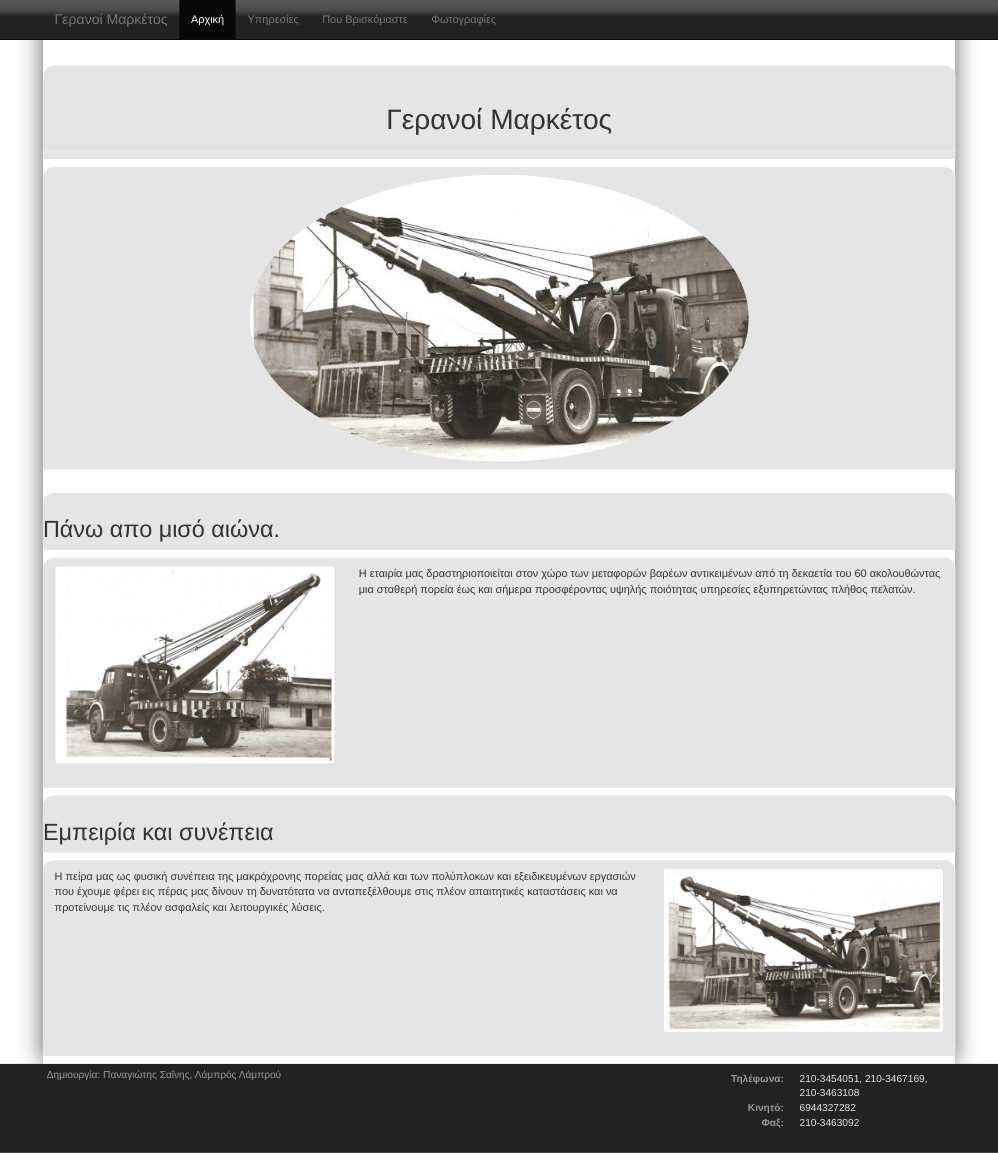
Repository: gadget69/marketos
Page: index.html
The author's editor kept a record of every edit. The page is drawn from the files as they stood at one moment, then again after the next edit.
The browser window is 1280 px wide. The pictures show the whole page, at 78% of full size.
Some web libraries are served in a nearby version.

Above is the page before.

### index.html
<!DOCTYPE html>
<html lang="en">

<head>
    <meta charset="utf-8">
    <meta http-equiv="X-UA-Compatible" content="IE=edge">
    <meta name="viewport" content="width=device-width, initial-scale=1">
    <meta name="description" content="">
    <meta name="author" content="">
    <link rel="icon" href="../../favicon.ico">

    <title>Γερανοί Μαρκέτος</title>

    <link href="./bootstrap/css/bootstrap.min.css" rel="stylesheet">
    <link href="./style.css" rel="stylesheet">

    <!-- HTML5 shim and Respond.js IE8 support of HTML5 elements and media queries -->
    <!--[if lt IE 9]>
      <script src="https://oss.maxcdn.com/html5shiv/3.7.2/html5shiv.min.js"></script>
      <script src="https://oss.maxcdn.com/respond/1.4.2/respond.min.js"></script>
    <![endif]-->
</head>

<body>

    <div class="navbar navbar-inverse navbar-fixed-top" id="header" role="navigation">
        <div class="container">
            <div class="navbar-header">
                <button type="button" class="navbar-toggle" data-toggle="collapse" data-target=".navbar-collapse">
                    <span class="sr-only">Toggle navigation</span>
                    <span class="icon-bar"></span>
                    <span class="icon-bar"></span>
                    <span class="icon-bar"></span>
                </button>
                <a class="navbar-brand" href="#">Γερανοί Μαρκέτος</a>
            </div>
            <div class="collapse navbar-collapse">
                <ul class="nav navbar-nav">
                    <li class="active"><a href="#">Αρχική</a>
                    </li>
                    <li><a href="#about">Υπηρεσίες</a>
                    </li>
                    <li><a href="#about">Που Βρισκόμαστε</a>
                    </li>
                    <li><a href="#contact">Φωτογραφίες</a>
                    </li>
                </ul>
            </div>
            <!--/.nav-collapse -->
        </div>
    </div>

    <div class="container">
        <div class="row">
            <div class="col-md-12 top-div">
                <div class="row  box-light">
                    <div class="page-header">
                        <h1>Γερανοί Μαρκέτος</h1>
                    </div>
                </div>
                <div class="row  box-light">
                    <div class="col-md-8 col-md-offset-2">
                        <img src="./img/topImage.jpg" alt="topImg" class="img-circle">
                    </div>
                </div>
            </div>
        </div>
        <div class="row  box-light">
            <h2>Πάνω απο μισό αιώνα.</h2>
        </div>
        <div class="row  box-light">
            <div class="col-md-4">
                <a href="#" class="thumbnail">
                    <img data-src="./img/img1.jpg" alt="..." src="./img/img1.jpg">
                </a>
            </div>
            <div class="col-md-8">
                <p>
                    Η εταιρία μας δραστηριοποιείται στον χώρο των μεταφορών βαρέων αντικειμένων από τη δεκαετία του 60 ακολουθώντας μια σταθερή πορεία έως και σήμερα προσφέροντας υψηλής ποιότητας υπηρεσίες εξυπηρετώντας πλήθος πελατών.
                </p>
            </div>
        </div>
        <div class="row box-light">
            <h2>Εμπειρία και συνέπεια</h2>
        </div>
        <div class="row box-light">
            <div class="col-md-8">
                <p>
                    Η πείρα μας ως φυσική συνέπεια της μακρόχρονης πορείας μας αλλά και των πολύπλοκων και εξειδικευμένων εργασιών που έχουμε φέρει εις πέρας μας δίνουν τη δυνατότατα να ανταπεξέλθουμε στις πλέον απαιτητικές καταστάσεις και να προτείνουμε τις πλέον ασφαλείς και λειτουργικές λύσεις.
                </p>
            </div>
            <div class="col-md-4">
                <a href="#" class="thumbnail">
                    <img data-src="./img/img2.jpg" alt="..." src="./img/img2.jpg">
                </a>
            </div>
        </div>
    </div>
    <div id="footer">
        <div class="container">
            <div class="row">
                <div class="col-md-4">
                    Δημιουργία: Παναγιώτης Σαΐνης, Λάμπρός Λάμπρού
                </div>
                <div class="col-md-4 col-md-offset-4">
                    <div class="row">
                        <dl class="dl-horizontal">
                            <dt> Τηλέφωνα:</dt>
                            <dd>210-3454051, 210-3467169, 210-3463108</dd>
                            <dt>Κινητό:</dt>
                            <dd>6944327282</dd>
                            <dt>Φαξ:</dt>
                            <dd>210-3463092</dd>
                        </dl>
                    </div>
                </div>
            </div>
        </div>
    </div>


    <!-- Placed at the end of the document so the pages load faster -->
    <script src="https://ajax.googleapis.com/ajax/libs/jquery/1.11.1/jquery.min.js"></script>
    <script src="./js/bootstrap.min.js"></script>
</body>

</html>

### style.css

.top-div {

    margin-top: 6em;

    text-align: center;

}

body {

    background-color: #FFFFFF;

}

.box-light {

    padding-top: 10px;

    background-color: #E5E5E5;

    border-top-left-radius: 1em;

    border-top-right-radius: 1em;

}

.container:nth-child(2) div:nth-child(n) {

    margin-bottom: 10px;

}

.navbar {

    background-image: -o-linear-gradient(top, #222222 56%, #4C4C4C 75%, #545454 90%);

    background-image: -moz-linear-gradient(top, #222222 56%, #4C4C4C 75%, #545454 90%);

    background-image: -webkit-linear-gradient(top, #222222 56%, #4C4C4C 75%, #545454 90%);

    background-image: -ms-linear-gradient(top, #222222 56%, #4C4C4C 75%, #545454 90%);

    background-image: linear-gradient(to top, #222222 56%, #4C4C4C 75%, #545454 90%);

}

#footer {

    color: #9a9a9a;

    background-color: #222222;

}

div#footer div.container div>:nth-child(odd) {

    font-size: small;

    padding: 5px;

}

div#footer dd {

    color: #e5e5e5;

}

body>div:nth-child(2) {

    box-shadow: 0px 0px 30px 0px rgba(38, 38, 38, 0.75);

}

.featurette div {

    display: inline-block;

    text-align: justify;

    vertical-align: middle;

}

Loaded but not shown: bootstrap/css/bootstrap.min.css (library); bootstrap/js/bootstrap.min.js (library)

After the next edit:
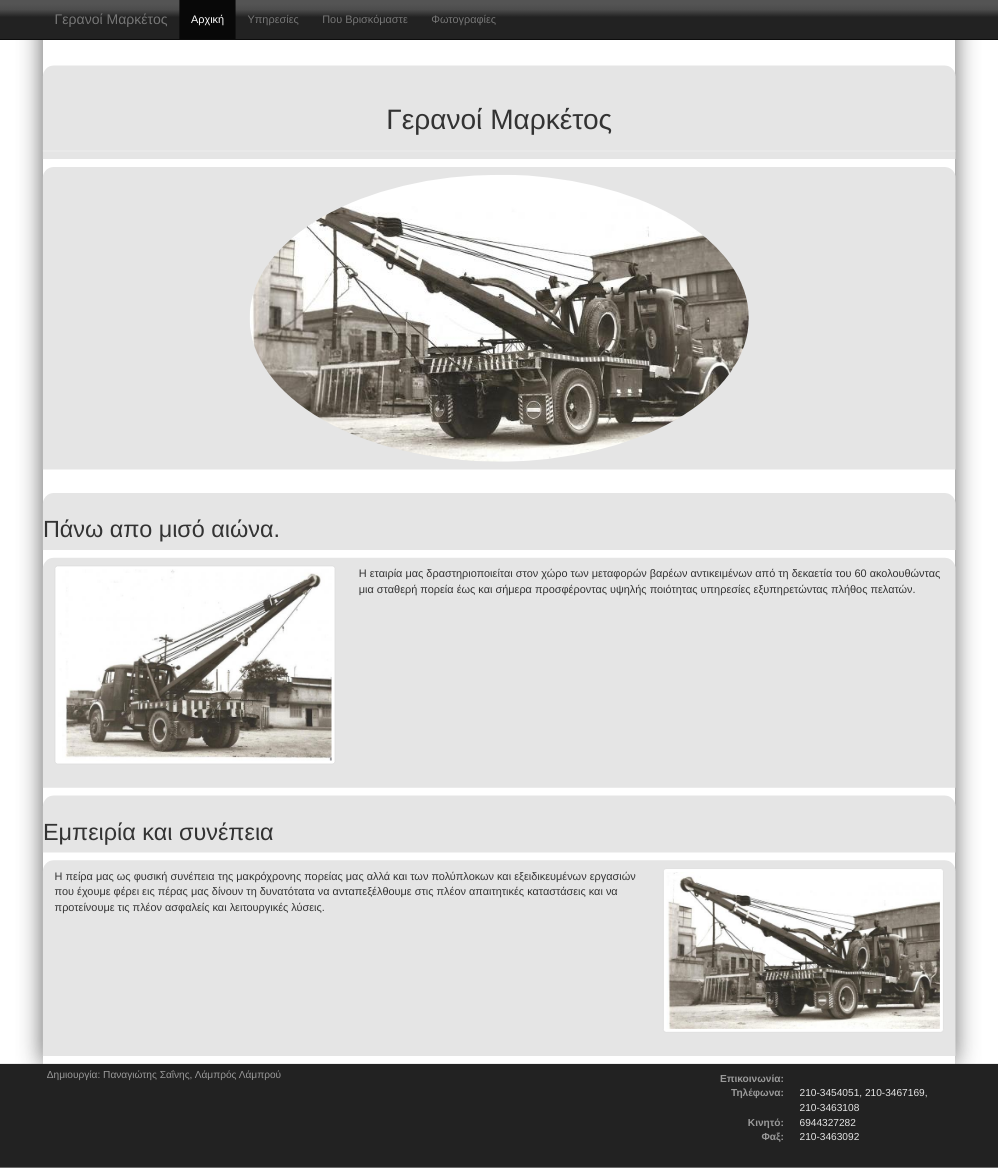
The edit:
--- a/index.html
+++ b/index.html
@@ -105,7 +105,9 @@
                 <div class="col-md-4 col-md-offset-4">
                     <div class="row">
                         <dl class="dl-horizontal">
-                            <dt> Τηλέφωνα:</dt>
+                        <dt>Επικοινωνία:</dt>
+                        <dd> </dd>
+                            <dt>Τηλέφωνα:</dt>
                             <dd>210-3454051, 210-3467169, 210-3463108</dd>
                             <dt>Κινητό:</dt>
                             <dd>6944327282</dd>
